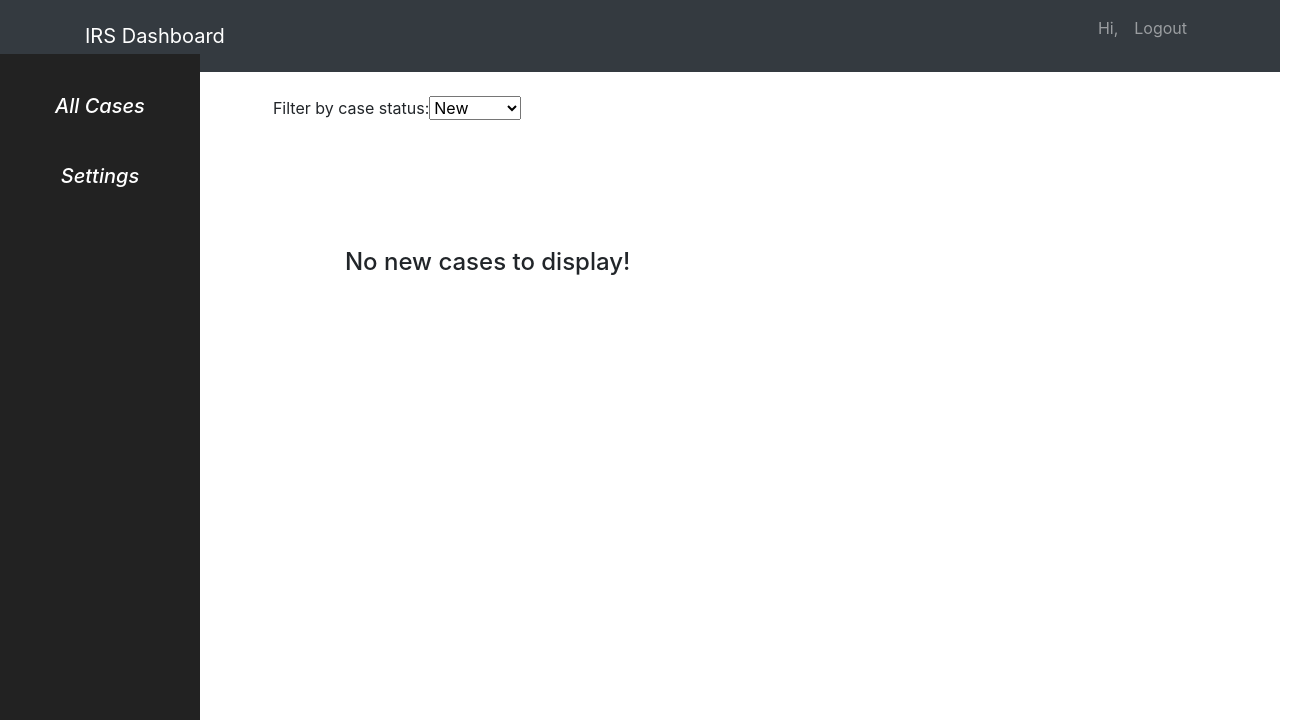
Repository: greeshmavyas/IRS_CS
Page: /AgentDashboard (app in AgentManagement/Frontend/)
The author's editor kept a copy of each file at every save. The page is drawn from the files as they stood at one save, then again after the next save.
The browser window is 1280 px wide. The page is 1295 px wide, so the pictures cover 1295 px, including what lies to the right of the window. The pictures show the whole page.
Some web libraries are served in a nearby version. The project was rebuilt for these pictures with package versions that can differ from the ones it lists, and the page was loaded fresh each time. Also part of the build but not shown: AgentManagement/Frontend/src/components/NavbarLogin.js, AgentManagement/Frontend/src/components/login.js, AgentManagement/Frontend/src/components/updateProfile.js, AgentManagement/frontend/src/App.css.

Above is the page before, as saved 2020-10-27 11:15:26.

After the next save:
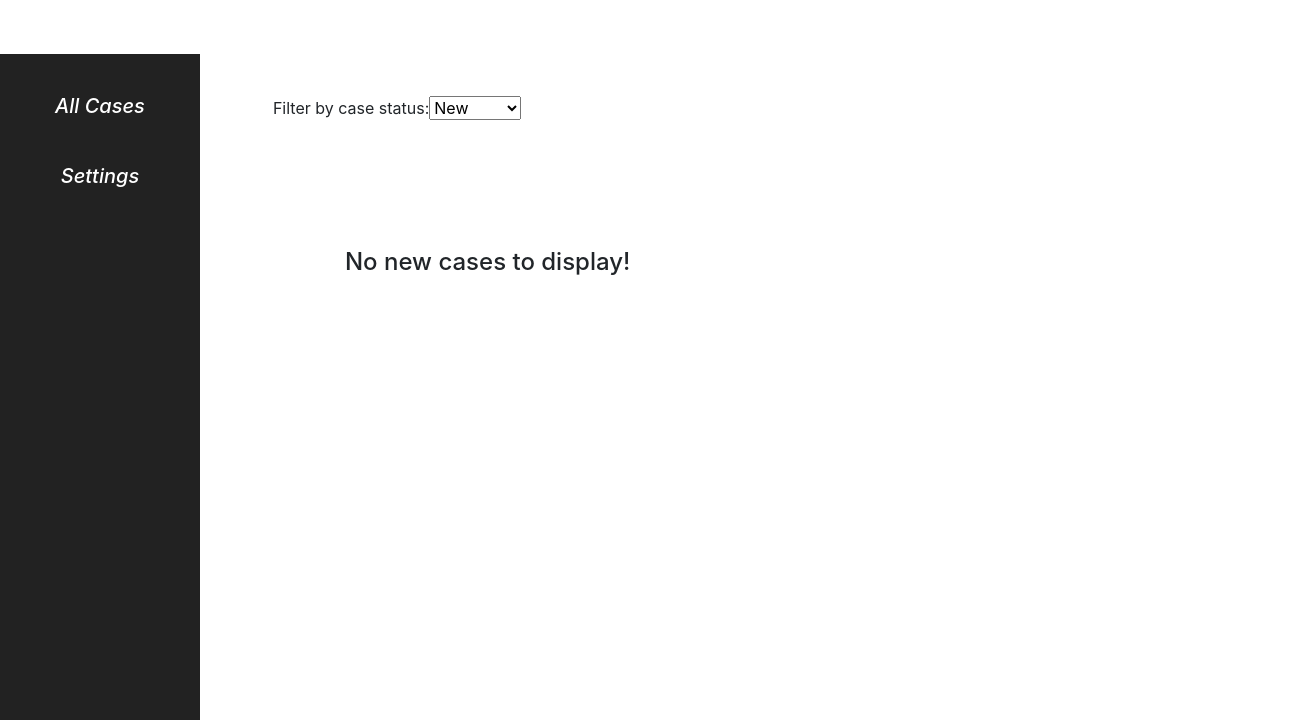
Saved 96 s later.
--- a/AgentManagement/Frontend/src/components/NavbarDash.js
+++ b/AgentManagement/Frontend/src/components/NavbarDash.js
@@ -8,7 +8,7 @@
 
   render() {
     return (
-      <nav className="navbar navbar-expand-sm navbar-dark bg-dark mb-4">
+      <nav className="navbar navbar-expand-sm navbar-dark #222 mb-4">
         <div className="container">
           <a className="navbar-brand" href="/AgentDashboard">
             IRS Dashboard

After the save that followed:
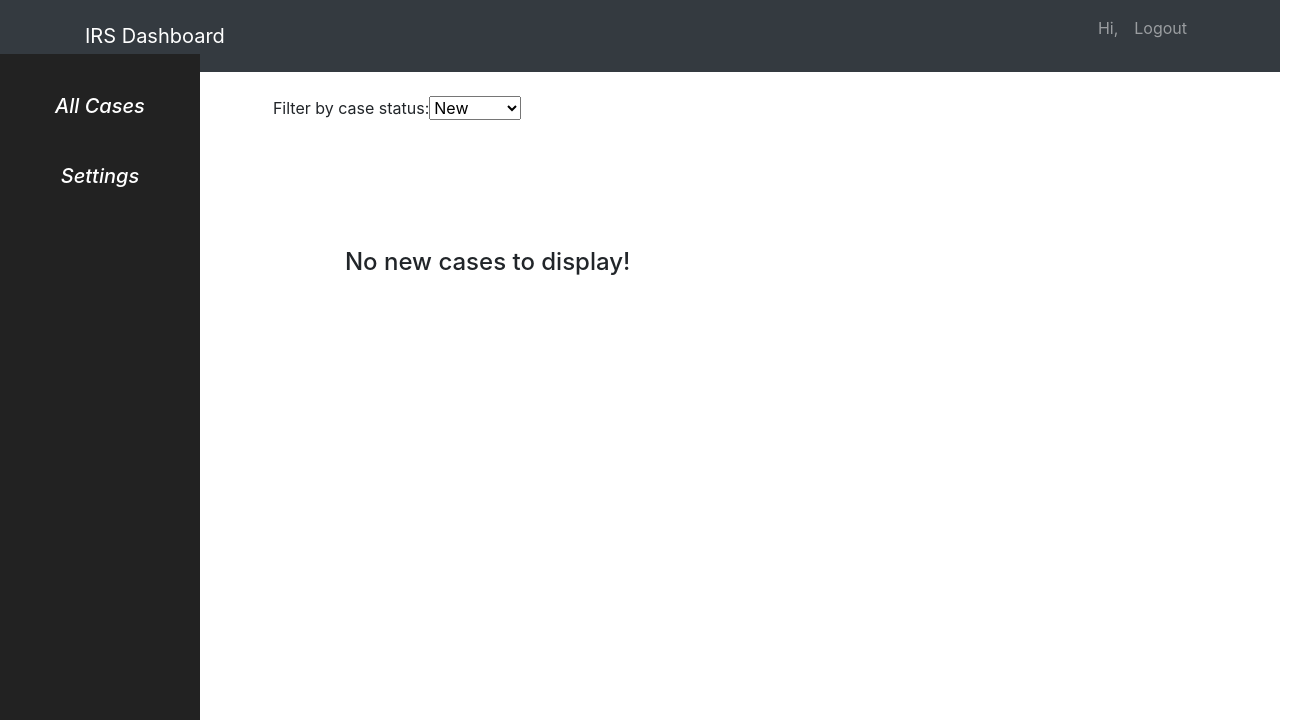
Saved 11 s later.
--- a/AgentManagement/Frontend/src/components/NavbarDash.js
+++ b/AgentManagement/Frontend/src/components/NavbarDash.js
@@ -8,7 +8,7 @@
 
   render() {
     return (
-      <nav className="navbar navbar-expand-sm navbar-dark #222 mb-4">
+      <nav className="navbar navbar-expand-sm navbar-dark bg-dark mb-4">
         <div className="container">
           <a className="navbar-brand" href="/AgentDashboard">
             IRS Dashboard
